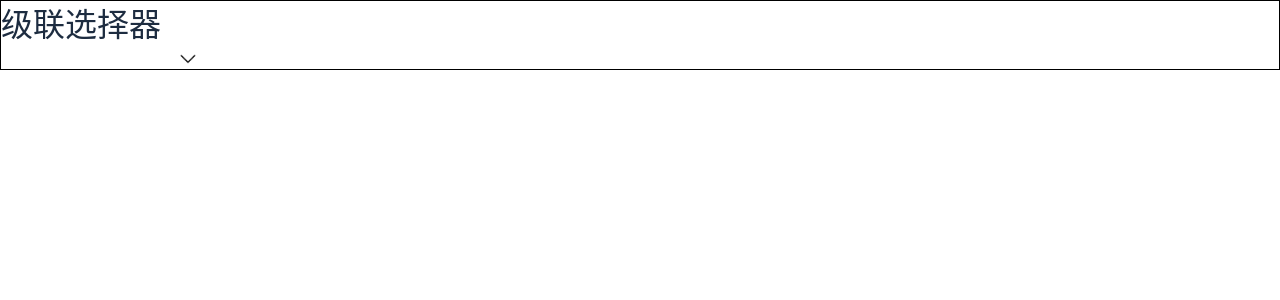
Repository: huming3272/Smile-UI
Page: /
An editor plug-in stored every save of this project. The page is shown before and after the next save, followed by the edit.
The browser window is 1280 px wide. The pictures show the whole page.
The project was rebuilt for these pictures with package versions that can differ from the ones it lists, and the page was loaded fresh each time. Also part of the build but not shown: src/lib/gulu.scss, src/lib/svg.js, src/components/Topnav.vue, src/views/Home.vue, src/lib/Breadcrumb.vue, src/views/Doc.vue, src/lib/Switch.vue, src/components/Switch/Switch1.demo.vue and 18 more. Imported but missing from the stored project, and not drawn on this page: src/lib/Tabs.vue, src/lib/openDialog.

Above is the page before, as saved 2022-06-05 19:19:10.

### index.html
<!DOCTYPE html>
<html lang="en">
<head>
  <meta charset="UTF-8">
  <link rel="icon" href="/favicon.ico" />
  <meta name="viewport" content="width=device-width, initial-scale=1.0">
  <title>Vite App</title>
  <!-- <script src="//at.alicdn.com/t/font_3242938_9kpz3740e2n.js"></script> -->
</head>
<body>
  <div id="app"></div>
  <script type="module" src="/src/main.ts"></script>
</body>
</html>

### src/main.ts
import "./lib/gulu.scss";
import "./lib/svg.js";
import "./index.scss";
import { createApp } from 'vue';
import App from './App.vue';
import router from './router/index';
import 'github-markdown-css'

const app = createApp(App)
app.use(router)
app.mount('#app')

### src/index.scss
* {
  margin: 0;
  padding: 0;
  box-sizing: border-box;
}
ul,
ol {
  list-style: none;
}
a {
  text-decoration: none;
  color: inherit;
  border-bottom: 1px solid transparent;
  &:hover {
    border-bottom: 1px solid;
    text-decoration: underline;
    cursor: pointer;
  }
}
h1,h2,h3,h4,h5,h6{
  font-weight: normal;
}
body{
  font-size: 16px;
  font-family: -apple-system, "Noto Sans",
  "Helvetica Neue",
  Helvetica, "Nimbus Sans L", Arial,
  "Liberation Sans",
  "PingFang SC",
  "Hiragino Sans GB",
  "Noto Sans CJK SC",
  "Source Han Sans SC",
  "Source Han Sans CN",
  "Microsoft YaHei",
  "Wenquanyi Micro Hei",
  "WenQuanYi Zen Hei",
  "ST Heiti",
  SimHei,
   "WenQuanYi Zen Hei Sharp",
  sans-serif;
  line-height: 1.5;
  color: #1d2c40;
}
.icon {
  width: 1em; height: 1em;
  vertical-align: -0.15em;
  fill: currentColor;
  overflow: hidden;
}

### src/App.vue
<template>
  <router-view class="window"/>
</template>

<script lang='ts'>
import {ref,provide} from 'vue'
import router from './router/index'
export default {
  name: 'App',

  setup(){
    const width = document.documentElement.clientWidth;
    //获取窗口宽度
    const menuVisible = ref(width <= 500 ? false : true);
    const toggleAside = ref(false)


    //检测窗口宽度
    //定义初值，类似vue2的data

    provide('menuVisible',menuVisible)//set
    //provide提供menuVisible给全局
    provide('toggleAside',toggleAside)
    // const currentPath = route.matched[route.matched.length-1].path
    // const breadcrumbList = currentPath.split('/')
  },


}
</script>
<style lang="scss">
  *{
    padding: 0;
    margin: 0;
    list-style: none;
  }
  .window{
    height: 100vh;
    overflow-y:scroll;
  }
</style>

### src/router/index.ts
import { createWebHashHistory, createRouter } from 'vue-router'
import Home from '../views/Home.vue'
import Doc from '../views/Doc.vue'
import Switch from '../components/Switch/SwitchDemo.vue'
import Button from '../components/Button/ButtonDemo.vue'
import Dialog from '../components/Dialog/DialogDemo.vue'
import Tabs from '../components/Tabs/TabsDemo.vue'
import DocDemo from '../components/DocDemo.vue'
import Breadcrumb from '../components/Breadcrumb/BreadcrumbDemo.vue'
import Cascader from '../lib/Cascader.vue'

import Intro from '../views/Intro.vue';
import GetStarted from '../views/GetStarted.vue'
import Install from '../views/Install.vue'
import Text from '../lib/text.vue'
import notFound from '../views/notFound.vue'

import { h } from 'vue';
import Markdown from '../components/Markdown.vue';
const md = (filename) => { return h(Markdown, { path: `../markdown/${filename}.md`, key: filename }) }
//  必须加上不同的key，不然切换组件后，渲染会失败
const history = createWebHashHistory()
// hash型路由
const router = createRouter(
    // 创建路由器
    {
        history: history,
        routes: [
            {
                path: '/',
                meta: {
                    title: '级联选择器'
                },
                 component: Cascader,
            },
            {
                path: '/',
                meta: {
                    title: '首页'
                },
                 component: Home,
            },
            {
                path: '/doc', component: Doc,
                meta: {
                            title: '文档'
                        },
                children: [
                    {
                        path: '', component: DocDemo,
                    },
                    {
                        path: 'switch', component: Switch,
                        meta: {
                            title: '开关'
                        }
                    },
                    {
                        path: 'button', component: Button,
                        meta: {
                            title: '按钮'
                        }
                    },
                    {
                        path: 'dialog', component: Dialog,
                        meta: {
                            title: '对话框'
                        }
                    },
                    {
                        path: 'tabs', component: Tabs,
                        meta: {
                            title: '选项卡'
                        }
                    },
                    {
                        path: 'breadcrumb', component: Breadcrumb,
                        meta: {
                            title: '面包屑'
                        }
                    },
                    {
                        path: "intro", component: md('intro'),
                        meta: {
                            title: '介绍'
                        }
                    },
                    {
                        path: "get-started", component: md('get-started'),
                        meta: {
                            title: '开始'
                        }
                    },
                    {
                        path: "install", component: md('install'),
                        meta: {
                            title: '安装'
                        }
                    },
                ]
            },
            {
                path: "/404",
                name: 'notFound',
                component: notFound
            },
            {
                path: '/:pathMatch(.*)',redirect: '/404',
                //  catchAll
                // 配置任意未知页面404未找到
                meta:{
                    title: '404'
                }
            }
        ]
    }
)


export default router

### src/lib/Cascader.vue
<template>
  <div class="cascader">
    <h1>级联选择器</h1>

    <div class="inputWrapper">
      <input
      type="text"
      @focus="handleClick('focus')"
      @blur="handleClick('blur')"
      v-model="checkedValue"
    />
      <img class="arrow" :class="{'rotateArrow':open}" src="../assets/arrow-down.png" alt=""/>
    </div>
    <CascaderSelector
      class="CascaderSelector"
      v-model:source="util"
      @patch="onPatch"
      v-show="open"
      id="style"
    />
  </div>
</template>
<script lang="ts">
import CascaderSelector from "./CascaderSelector.vue";
import { ref } from "vue";
export default {
  name: "Cascader",
  components: {
    CascaderSelector,
  },
  setup() {
    let checkedValue = ref<string>("");
    let open = ref<boolean>(false);
    const data = [
      {
        label: "a",
        name: "动物",

        children: [
          {
            label: "a_1",
            name: "狮子",
          },
          {
            label: "a_2",
            name: "老虎",
          },
          {
            label: "a_3",
            name: "猫咪",

            children: [
              {
                label: "a_3_1",
                name: "俄罗斯蓝猫",
              },
              {
                label: "a_3_2",
                name: "暹罗猫",
              },
              {
                label: "a_3_3",
                name: "田园猫",
              },
            ],
          },
        ],
      },
      {
        label: "b",
        name: "昆虫",

        children: [
          {
            label: "b_1",
            name: "蚂蚁",
          },
          {
            label: "b_2",
            name: "蟑螂",

            children: [
              {
                label: "b_2_1",
                name: "白蟑螂",
              },
              {
                label: "b_2_2",
                name: "黑蟑螂",
              },
              {
                label: "b_2_3",
                name: "红蟑螂",
              },
            ],
          },
          {
            label: "b_3",
            name: "甲虫",
          },
        ],
      },
    ];
    const handleClick = (event) => {
      if (event === "focus") {
        open.value = true;
        // checkedValue.value = "";
      }
    };
    const onPatch = (val) => {
      let string = val.join("/");
      checkedValue.value = string;
      window.alert(`你选择了${string}`)
      open.value = false;
    };
    const util = ref(data);
    return {
      util,
      checkedValue,
      open,
      onPatch,
      handleClick,
    };
  },
};
</script>
<style lang="scss" scoped>
  .cascader{
    height: auto;
    border:1px solid black;
  }
  .inputWrapper{
    display: flex;
    align-items: center;
    input{
      border: none;
    }
     .arrow{
      transition: all 0.5s;
      transform: rotate(0deg);
      width: 20px;
  }
  }

  .CascaderSelector{
    margin-left: 20px;
    border-left: 1px solid rgb(213, 213, 255);
  }
  .rotateArrow{
     transform: rotate(-180deg) !important;
  }
</style>

### src/lib/CascaderSelector.vue
<template>
  <div class="cascaderSelector">
    <div class="item">
        <li v-for="item,index in source" @click="choose(index, $event)" :key="item.label"
          :class="[index==actId? 'active':'']"
        >
          <span>
            {{item.name}}
          </span>
          <img v-show="item?.children?.length > 0" class="rightArrow" src="../assets/arrow-down.png" alt="">
        </li>
    </div>
      <div class="selector" v-if="actId>-1 && source[actId].children">
        <IniCascader  v-model:source="source[actId].children" :activeId="actId" @patch="onPatch" :selected="selected">
        </IniCascader>
      </div>
  </div>
</template>
<script lang="ts">
import {defineAsyncComponent, ref, reactive} from 'vue'

export default {
  // 参考https://wenku.baidu.com/view/179a1af130d4b14e852458fb770bf78a65293a67.html
  // https://dandelioncloud.cn/article/details/1488173854068690945
  // https://dandelioncloud.cn/article/details/1426183821665615874
  name: "CascaderSelector",
  components:{
    IniCascader: defineAsyncComponent(() => import('./CascaderSelector.vue'))
  },
  props: {
      source: {
          type: Array,
      },
      activeId: {
          type: Number,
      },
      selected: {
         type: Array,
         default: ()=>{
           return []
         }
      }
  },
  setup(props, content) {
    // console.log(props.activeId, '传递子索引')
    let iniIndex = ref<number>()
    let actId = ref<number>()
    let copyItem = ref([])
    let selected = ref([])
    let once = ref<boolean>(true)
    const choose = (index, event) => {
        actId.value = index
        // console.log(props.source[actId.value].children, 'choose')
        // console.log(props.source[actId].children)
        // copyItem.value = copyItem.value.concat(props.itemGroud)
        selected.value = [props.source[actId.value].name]
        if (!props.source[actId.value].children) {
          // console.log('name', props.source[actId.value])
          // console.log(copyItem, '数组')
          // content.emit("patch", props.source[actId.value].name)
          content.emit("patch", selected.value )
        }
        // console.dir(event)
    }
    const onPatch = (val) => {
      // if (props.source[props.activeId]?.name) {
        // let checkedVal = props?.source?.[props.activeId]?.name + '/' + val;
        let checkedVal = []
        checkedVal = selected.value.concat(val)
        // copyItem.value.push(props.source[actId.value].name)
        // console.log(props.activeId, 'id', event)
      // content.emit('patch', checkedVal)
      // console.log(1)
        content.emit('patch', checkedVal)
      // console.log(2)
      // console.log(props.activeId, 'patch')
      //点击之后下一个组件显示，activeId初始化-1
      // }
    }
    return{
      choose, onPatch, actId, copyItem, selected
    }
  },
};
</script>
<style lang="scss" scoped>
.cascaderSelector{
  display: flex;
.item{
  padding:0 10px;
  border-right: 1px solid rgb(213, 213, 255);
  border-top: 1px solid rgb(213, 213, 255);
  border-bottom: 1px solid rgb(213, 213, 255);
}
.rightBorder{
  border-right: 1px solid rgb(213, 213, 255);
}
  li{
    display: flex;
    align-items: center;
    justify-content: space-between;
    min-width: 100px;
    .rightArrow{
      transform: rotate(-90deg);
      width: 10px;
    }
  }
}
div {
  // margin-left: 10px;
}
.active{
  background: rgb(182, 182, 182);
}
.selector{

}
</style>

After the next save:
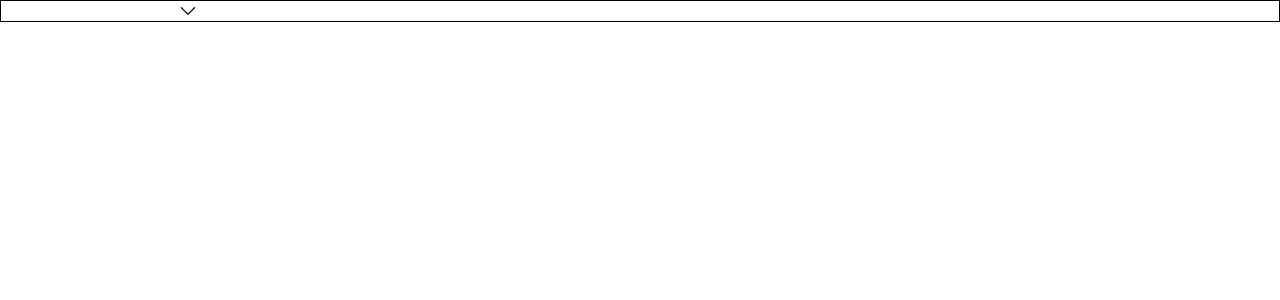
Saved 41 s later.
--- a/src/lib/Cascader.vue
+++ b/src/lib/Cascader.vue
@@ -1,7 +1,5 @@
 <template>
   <div class="cascader">
-    <h1>级联选择器</h1>
-
     <div class="inputWrapper">
       <input
       type="text"
